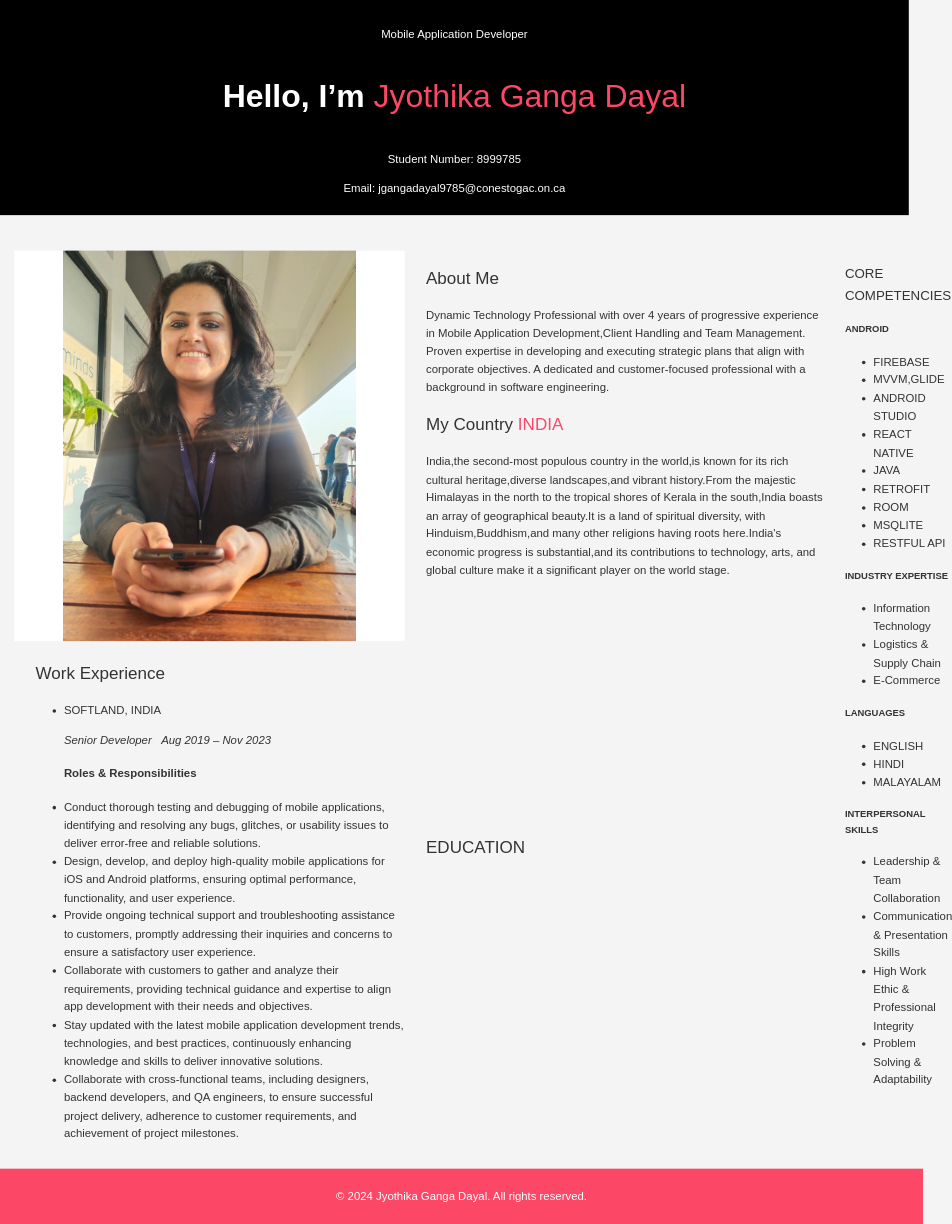
Repository: jyothika123/portfolio
Page: index.html
The author's editor kept a copy of each file at every save. The page is drawn from the files as they stood at one save, then again after the next save.
The browser window is 1280 px wide. The page is 1341 px wide, so the pictures cover 1341 px, including what lies to the right of the window. The pictures show the whole page, at 71% of full size.
Pictures or frames that could not be fetched are drawn as grey boxes. Some web fonts or font styles are not loaded; a fallback is used.

Above is the page before, as saved 2024-09-22 21:00:34.

After the next save:
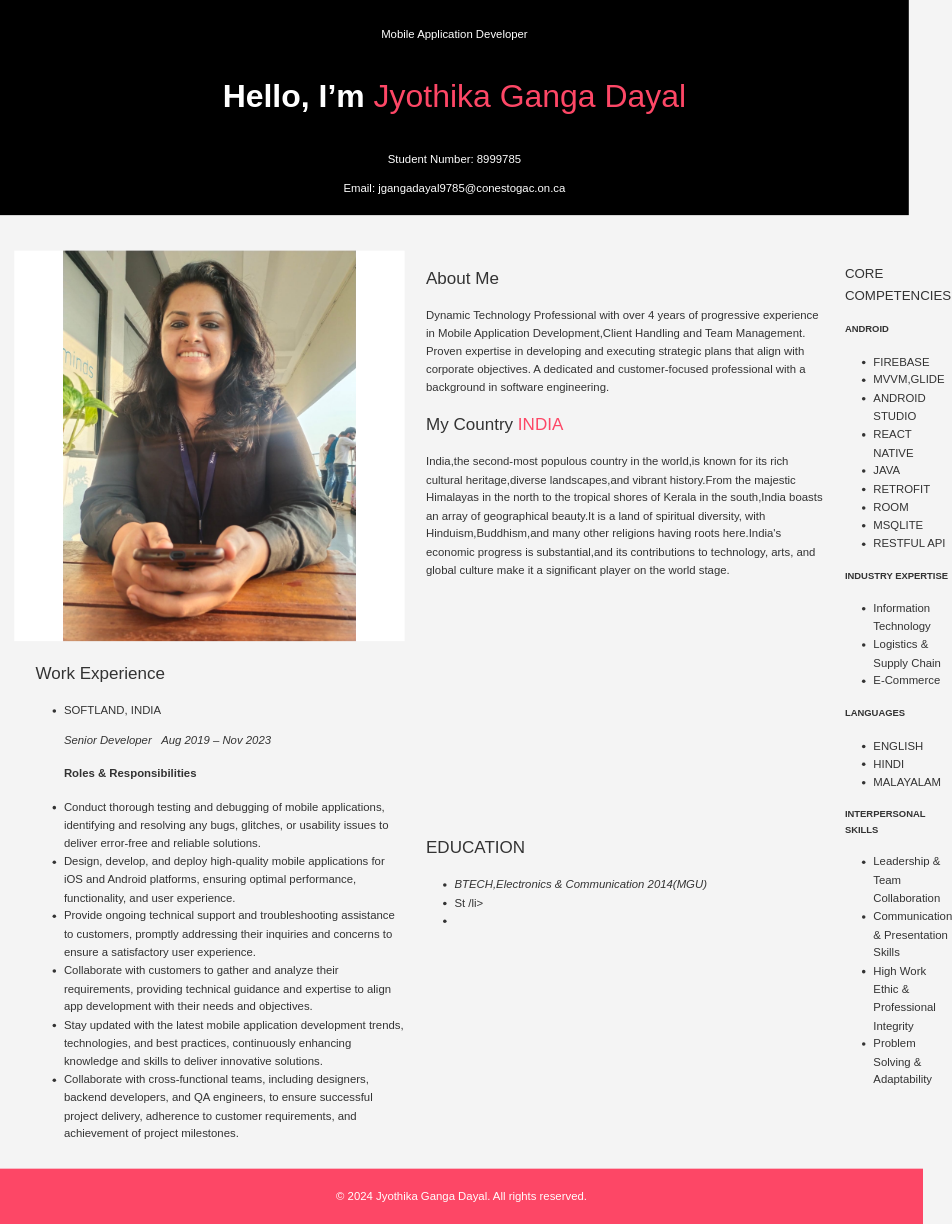
Saved 3 min 44 s later.
--- a/index.html
+++ b/index.html
@@ -67,6 +67,11 @@
                     <p>India,the second-most populous country in the world,is known for its rich cultural heritage,diverse landscapes,and vibrant history.From the majestic Himalayas in the north to the tropical shores of Kerala in the south,India boasts an array of geographical beauty.It is a land of spiritual diversity, with Hinduism,Buddhism,and many other religions having roots here.India's economic progress is substantial,and its contributions to technology, arts, and global culture make it a significant player on the world stage.</p>
                     <iframe width="560" height="315" src="https://www.youtube.com/embed/S-A1upowdJI?si=CN6QXoWvff-tpz_o" title="YouTube video player" frameborder="0" allow="accelerometer; autoplay; clipboard-write; encrypted-media; gyroscope; picture-in-picture; web-share" referrerpolicy="strict-origin-when-cross-origin" allowfullscreen></iframe>
                     <h2 class="anton-sc-regular">EDUCATION</h2>
+                    <ul>
+                        <li class="position">BTECH,Electronics & Communication 2014(MGU)</li>
+                        <li class="anton-sc-regular">St  /li>
+                        <li class="anton-sc-regular"></li>
+                    </ul>
 
                 </div>
 
